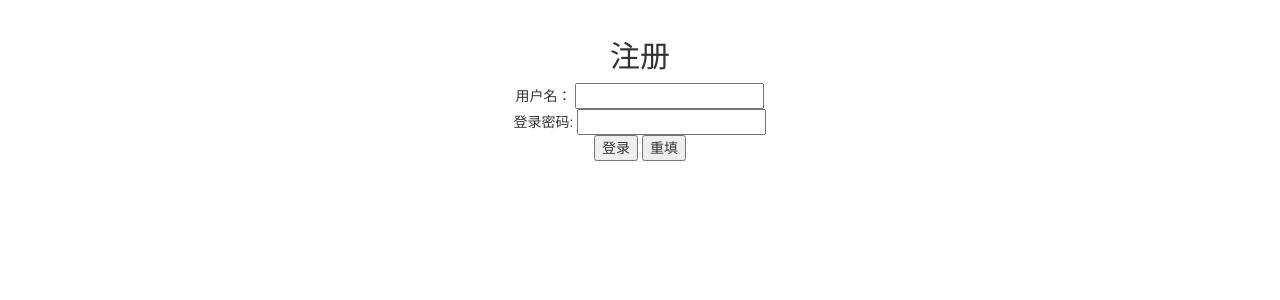
Repository: suxiaohutot/PHP
Page: http://localhost/dengluhtml.php
An editor plug-in stored every save of this project. The page is shown before and after the next save, followed by the edit.
The browser window is 1280 px wide. The pictures show the whole page.
The page is run by PHP 8.4 with error messages shown; the project is at /var/www/html/.

Above is the page before, as saved 2019-10-25 03:40:51.

### test/dengluhtml.php
<html>
<head>
<meta charset="utf-8"/>
<link href="css/bootstrap.min.css" rel="stylesheet" />
	<style type="text/css">
	body{ text-align:center}
	</style>
</head>
<body>
<br>
	<form action="denglu.php" method="post" class="container">
	<div ><h2>注册</h2></div>
		<div class="form-inline">
			<div class="form-group">
			用户名：
            <input type="text" name="username"><br>
        	登录密码:
            <input type="password" name="password" size="20" maxlength="15"><br>
            <input type="submit" value="登录">
            <input type="reset" value="重填">
		</div>
	</div>

    </form>
</body>
</html>

Loaded but not shown: test/css/bootstrap.min.css (library)

After the next save:
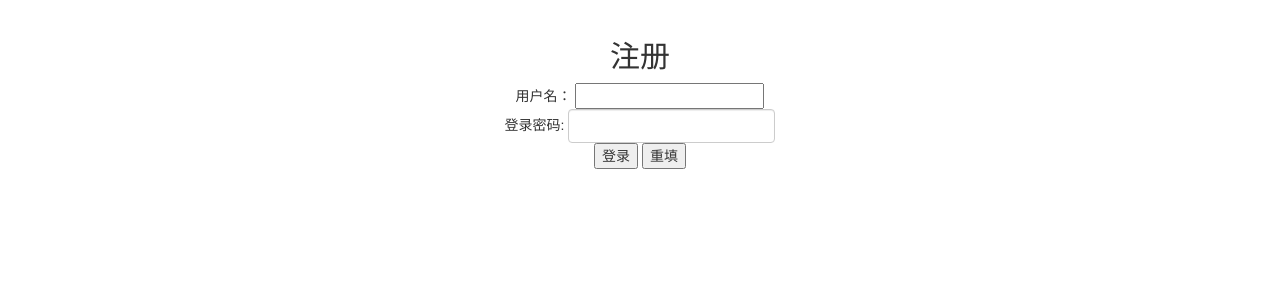
Saved 74 min 29 s later.
--- a/test/dengluhtml.php
+++ b/test/dengluhtml.php
@@ -15,7 +15,7 @@
 			用户名：
             <input type="text" name="username"><br>
         	登录密码:
-            <input type="password" name="password" size="20" maxlength="15"><br>
+            <input type="password" name="password" size="20" maxlength="15" class="form-control"><br>
             <input type="submit" value="登录">
             <input type="reset" value="重填">
 		</div>
